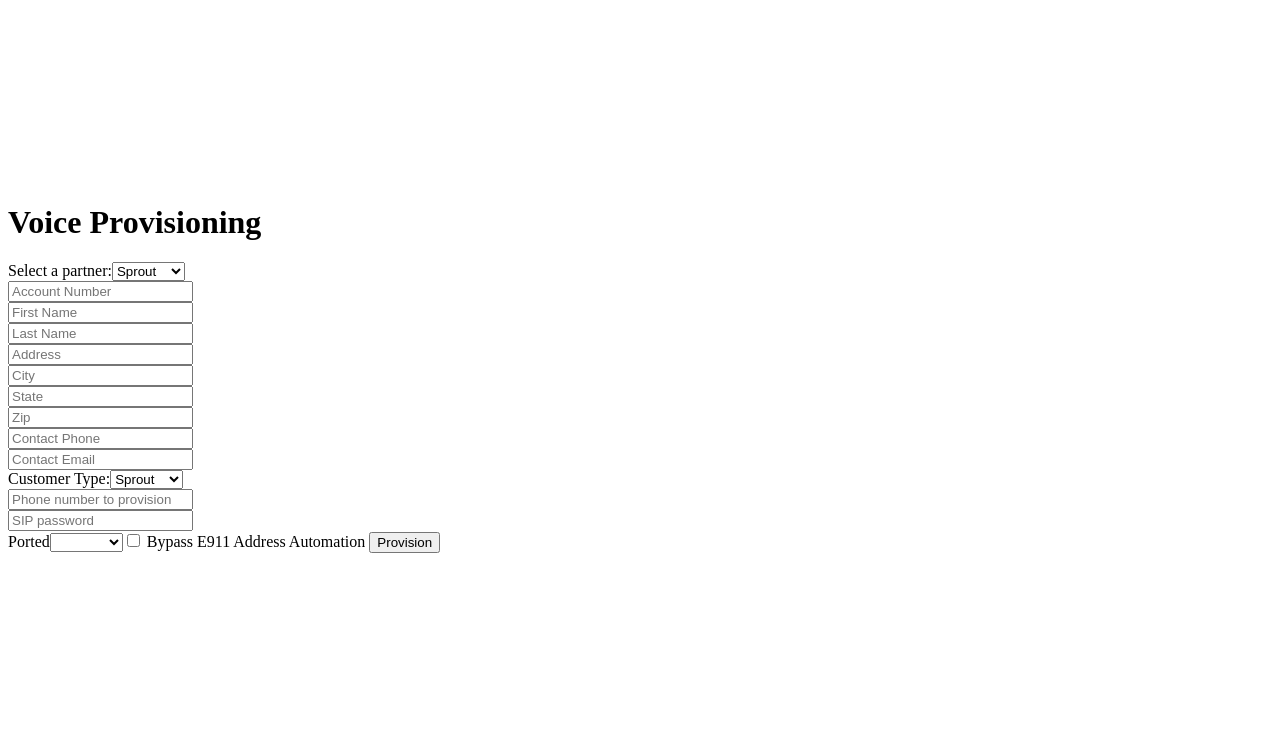
Repository: smallchungus/logiccom
Page: /
The author's editor kept a copy of each file at every save. The page is drawn from the files as they stood at one save, then again after the next save.
The browser window is 1280 px wide. The pictures show the whole page.
The project was rebuilt for these pictures with package versions that can differ from the ones it lists, and the page was loaded fresh each time. Also part of the build but not shown: vite.config.ts.

Above is the page before, as saved 2023-05-04 11:21:51.

After the next save:
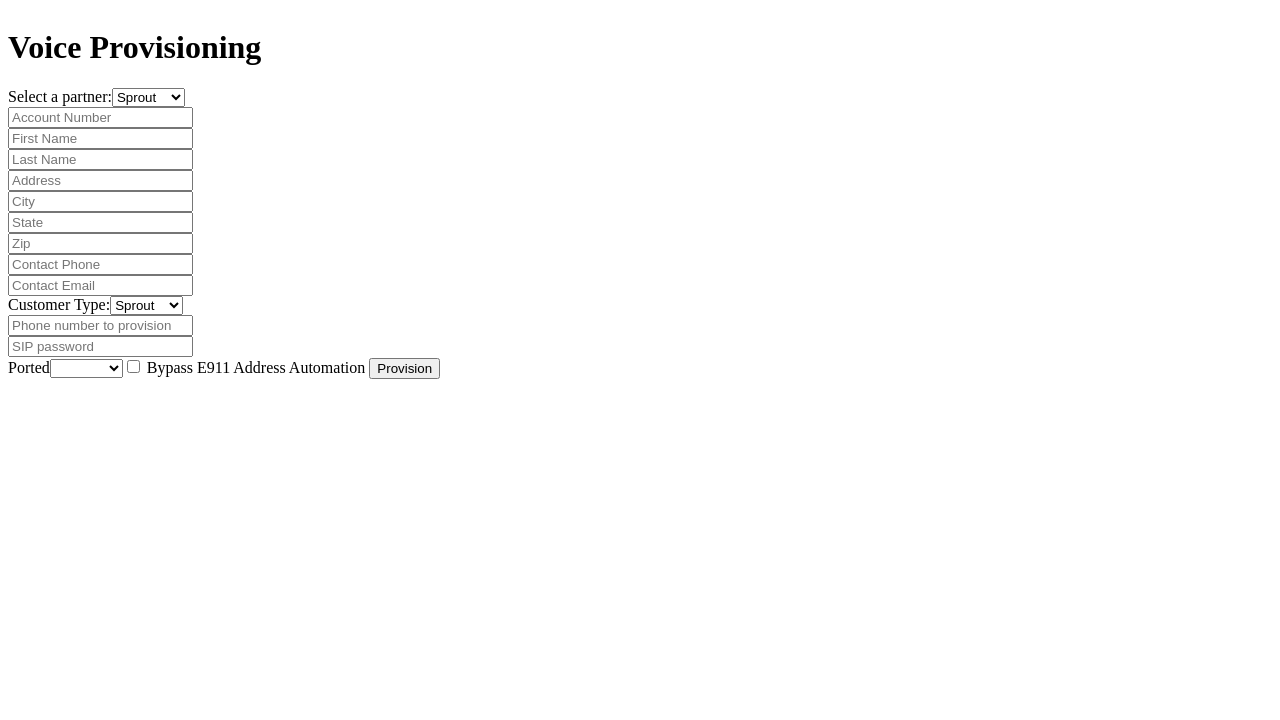
Saved 62 s later.
--- a/src/styles.css
+++ b/src/styles.css
@@ -1,9 +1,6 @@
 body {
-    display: flex;
-    justify-content: center;
-    align-items: flex-start;
-    flex-direction: column;
-    height: 100vh; /* set the height to 100% of the viewport height */
+
+
   }
 
 @media (min-width: 1024px) {
